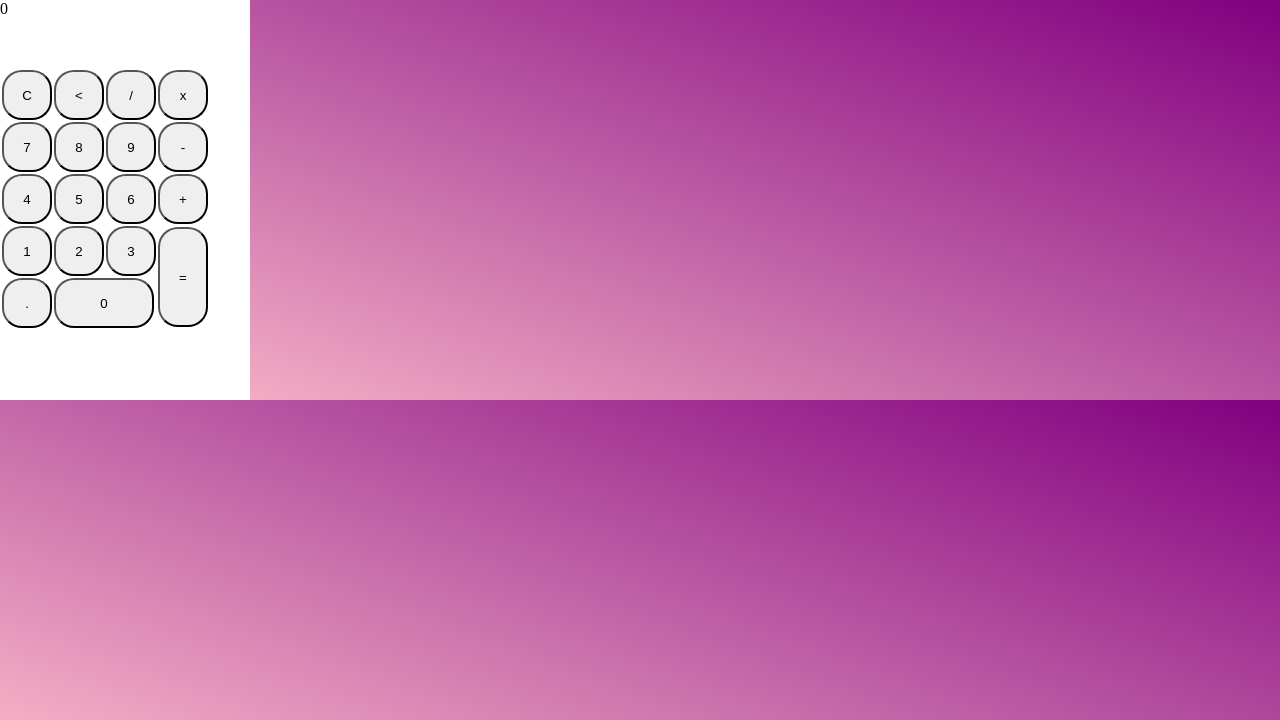
Repository: mariele-huff/calculadora
Page: index.html
The author's editor kept a copy of each file at every save. The page is drawn from the files as they stood at one save, then again after the next save.
The browser window is 1280 px wide. The pictures show the whole page.

Above is the page before, as saved 2022-08-12 18:40:15.

### index.html
<!DOCTYPE html>
<html lang="pt-br">

<head>
    <meta charset="UTF-8">
    <meta http-equiv="X-UA-Compatible" content="IE=edge">
    <meta name="viewport" content="width=device-width, initial-scale=1.0">
    <link rel="stylesheet" href="style.css">
    <script src="index.js">

    </script>
    <title>Calculadora</title>
</head>

<body>
    <div class="calculadora">
        <div id="resultado">0</div>
        <table>
            <tr>
                <td><button class="botao" onclick="limpar()">C</button></td>
                <td><button class="botao" onclick="voltar()">
                        < </button>
                </td>
                <td><button class="botao" onclick="acrescenta('/')">/</button></td>
                <td><button class="botao" onclick="acrescenta('x')">x</button></td>
            </tr>
            <tr>
                <td><button class="botao" onclick="acrescenta('7')">7</button></td>
                <td><button class="botao" onclick="acrescenta('8')">8</button></td>
                <td><button class="botao" onclick="acrescenta('9')">9</button></td>
                <td><button class="botao" onclick="acrescenta('-')">-</button></td>
            </tr>
            <tr>
                <td><button class="botao" onclick="acrescenta('4')">4</button></td>
                <td><button class="botao" onclick="acrescenta('5')">5</button></td>
                <td><button class="botao" onclick="acrescenta('6')">6</button></td>
                <td><button class="botao" button onclick="acrescenta('+')">+</button>
                </td>
            </tr>
            <tr>
                <td><button class="botao" onclick="acrescenta('1')">1</button></td>
                <td><button class="botao" onclick="acrescenta('2')">2</button></td>
                <td><button class="botao" onclick="acrescenta('3')">3</button></td>
                <td rowspan="2"><button class="botao2" onclick="calcular()">=</button></td>
            </tr>
            <tr>

                <td> <button class="botao" onclick="acrescenta('.')">.</button></td>
                <td colspan="2"><button class="botao1" onclick="acrescenta('3')">0</button></td>
            </tr>
        </table>
    </div>

</body>

</html>

### style.css
*{
    margin: 0;
    padding: 0;
}

body{
    background-image: linear-gradient(20deg , pink, purple);

}

.calculadora{

    background-color: white ;
    width: 250px;
    height: 400px;
}

.resultado{
    height: 50px;
    width: 200px;
    border: 5px black;
    border-radius: 20px;
}

.botao{

    height: 50px;
    width: 50px;
    border-radius: 20px;

}
.botao1{

    height:50px;
    width: 100px;
    border-radius: 20px;

}
.botao2{

    height:100px;
    width: 50px;
    border-radius: 20px;

}
#resultado {
     margin-bottom: 50px;
     border: 10px gray;
}

### index.js
 let resultado = () => {
    let resultado = resultado.document.querySelector('#resultado').innerHTML
    return resultado
}

 let acrescenta = (num)=> {

let numero =   document.querySelector('#resultado').innerHTML

document.querySelector('#resultado').innerHTML=numero + num
 }

 let limpar = () =>{
    let resultado =   document.querySelector('#resultado')
    resultado.innerHTML= " "
}

 let voltar = () =>{
     resultado =  document.querySelector('#resultado').innerHTML
     document.querySelector('resultado').innerHTML = resultado.substring(0, resultado.length -1)



}
 let calcular = () => {
   let resultado = document.querySelector('#resultado').innerHTML
    if(resultado){
        document.querySelector('#resultado').innerHTML = eval(resultado)
    }

}

After the next save:
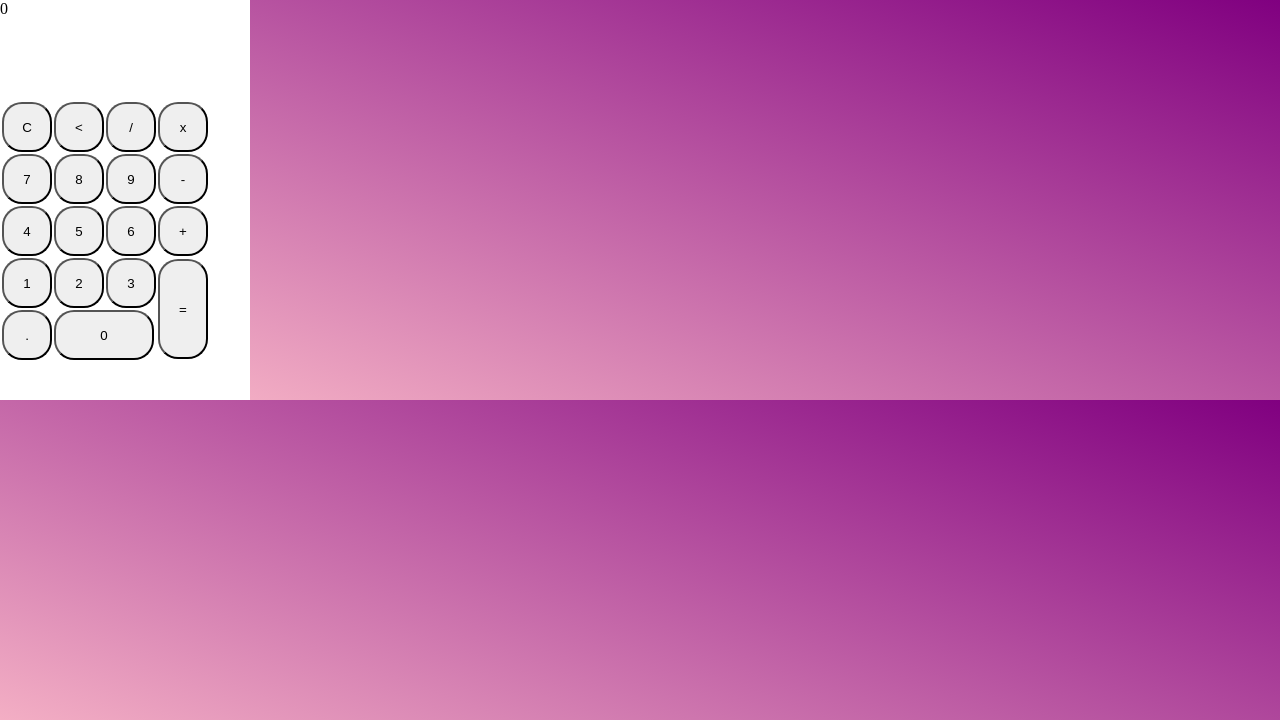
Saved 9 min 40 s later.
--- a/style.css
+++ b/style.css
@@ -16,10 +16,7 @@ body{
 }
 
 .resultado{
-    height: 50px;
-    width: 200px;
-    border: 5px black;
-    border-radius: 20px;
+  ;
 }
 
 .botao{
@@ -46,4 +43,8 @@ body{
 #resultado {
      margin-bottom: 50px;
      border: 10px gray;
+     height: 50px;
+    width: 200px;
+    border: 5px black;
+    border-radius: 20px
 }
